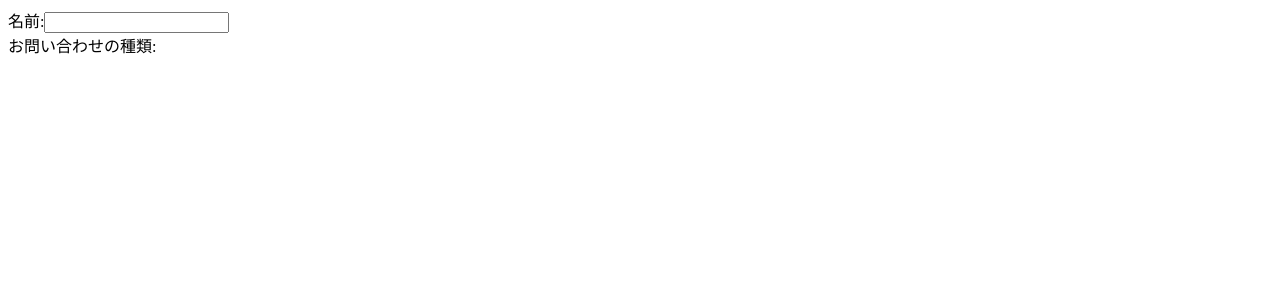
Repository: NoriakiYasumura/test01
Page: http://localhost/WebProj5/inquiry.jsp
The author's editor kept a copy of each file at every save. The page is drawn from the files as they stood at one save, then again after the next save.
The browser window is 1280 px wide. The pictures show the whole page.
The page is served by Tomcat 9.

Above is the page before, as saved 2019-04-03 01:04:32.

After the next save:
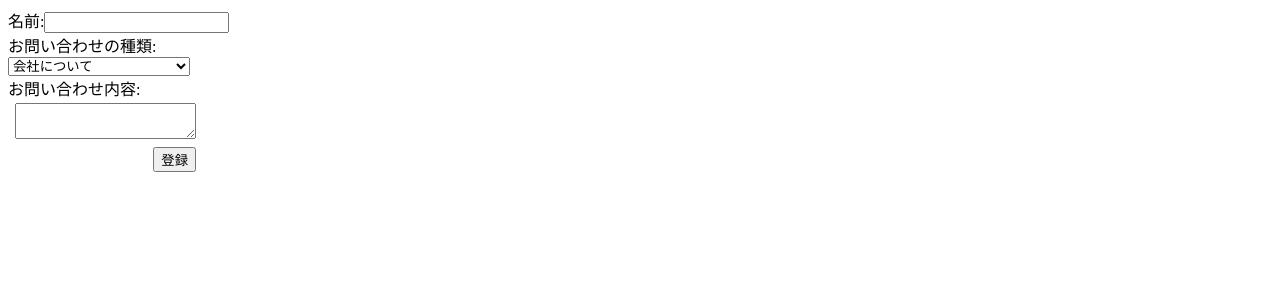
Saved 3 min 29 s later.
--- a/WebProj5/WebContent/inquiry.jsp
+++ b/WebProj5/WebContent/inquiry.jsp
@@ -11,6 +11,15 @@
 		<s:form method="post" action="InquiryCompleteAction">
 			名前:<input type="text" name="name"/><br>
 			お問い合わせの種類:<br>
+			<select name="qtype">
+				<option value="company">会社について</option>
+				<option value="product">製品について</option>
+				<option value="support">アフターサポートについて</option>
+			</select>
+			<br>
+			お問い合わせ内容:
+			<s:textarea name = "body"/>
+			<br><s:submit value="登録"/>
 		</s:form>
 	</body>
 </html>
